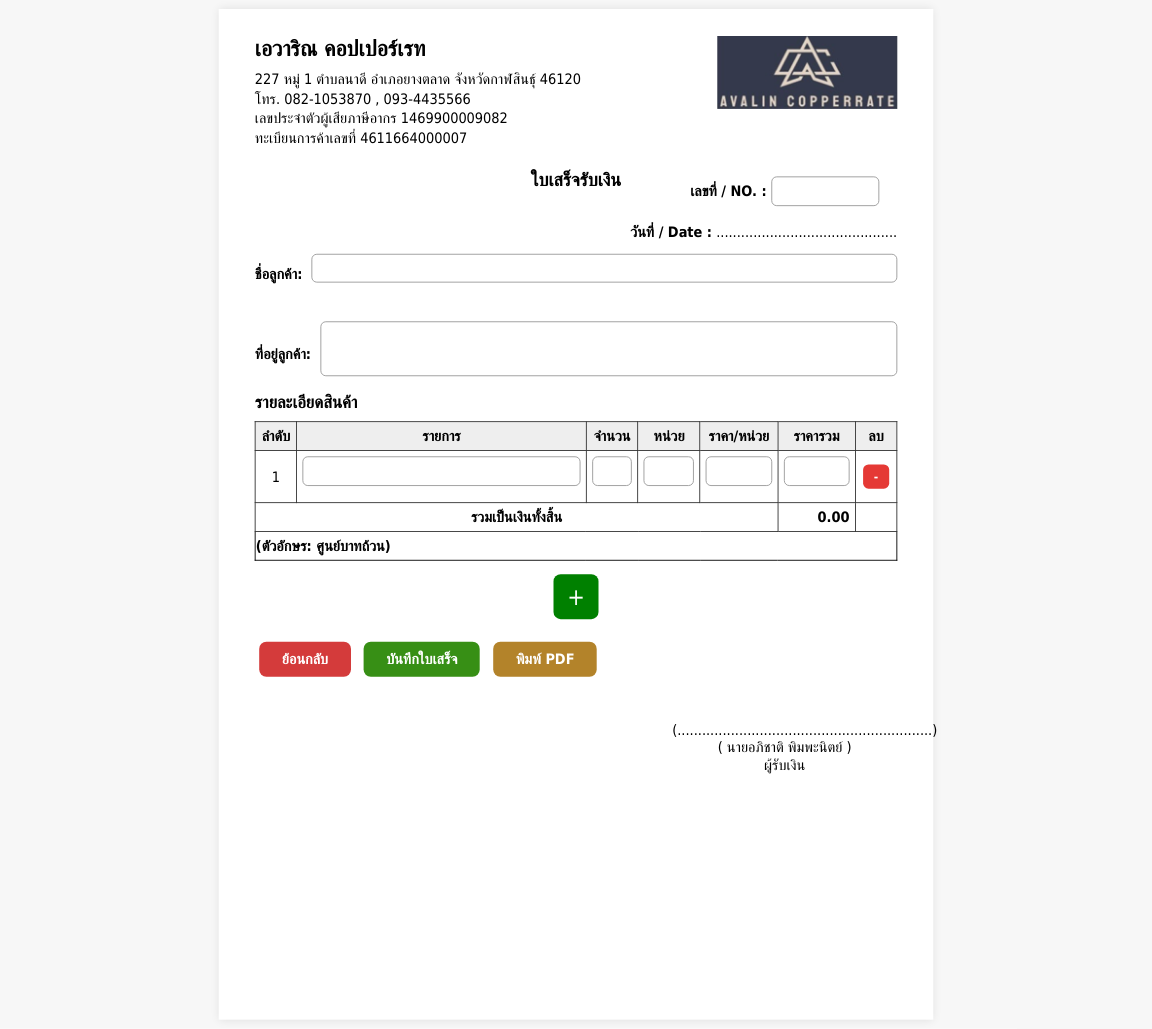
Repository: Hermesmercury88/shop_it
Page: quotation.html
An editor plug-in stored every save of this project. The page is shown before and after a run of saves, followed by the edit.
The browser window is 1280 px wide. The pictures show the whole page, at 90% of full size.
Some web fonts or font styles are not loaded; a fallback is used.

Above is the page before, as saved 2025-09-21 13:11:43.

After the next 4 saves:
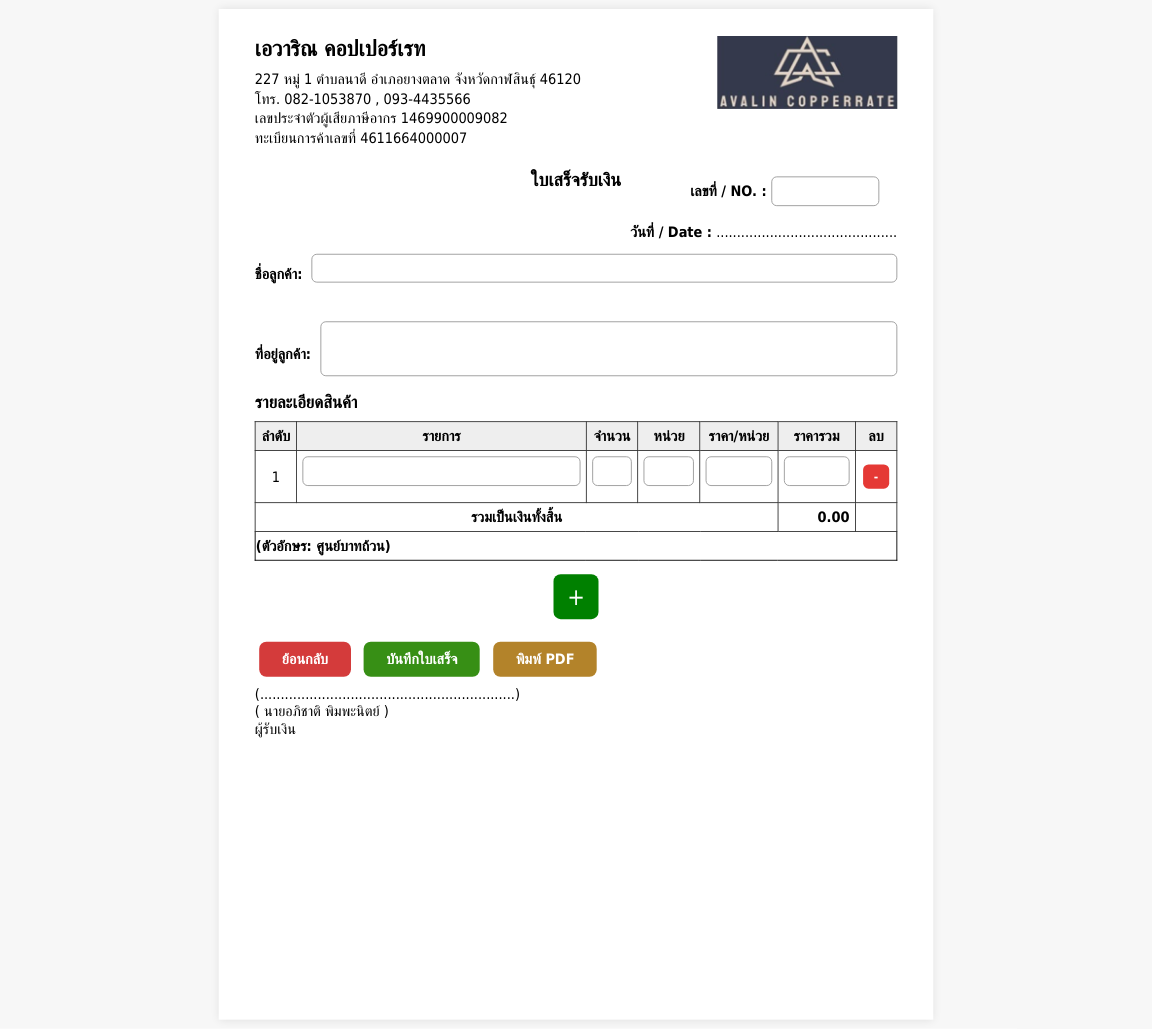
The 4 saves are shown as one change because they came seconds apart.
The last was saved 12 s later.
--- a/quotation.html
+++ b/quotation.html
@@ -102,7 +102,7 @@
         <button type="button" class="button btn-print" onclick="printPDF()">พิมพ์ PDF</button>
     </form>
 
-
+    </
 
     <div class="signature">
         <p>(..............................................................)<br>( นายอภิชาติ พิมพะนิตย์ )<br>ผู้รับเงิน</p>

After the save that followed:
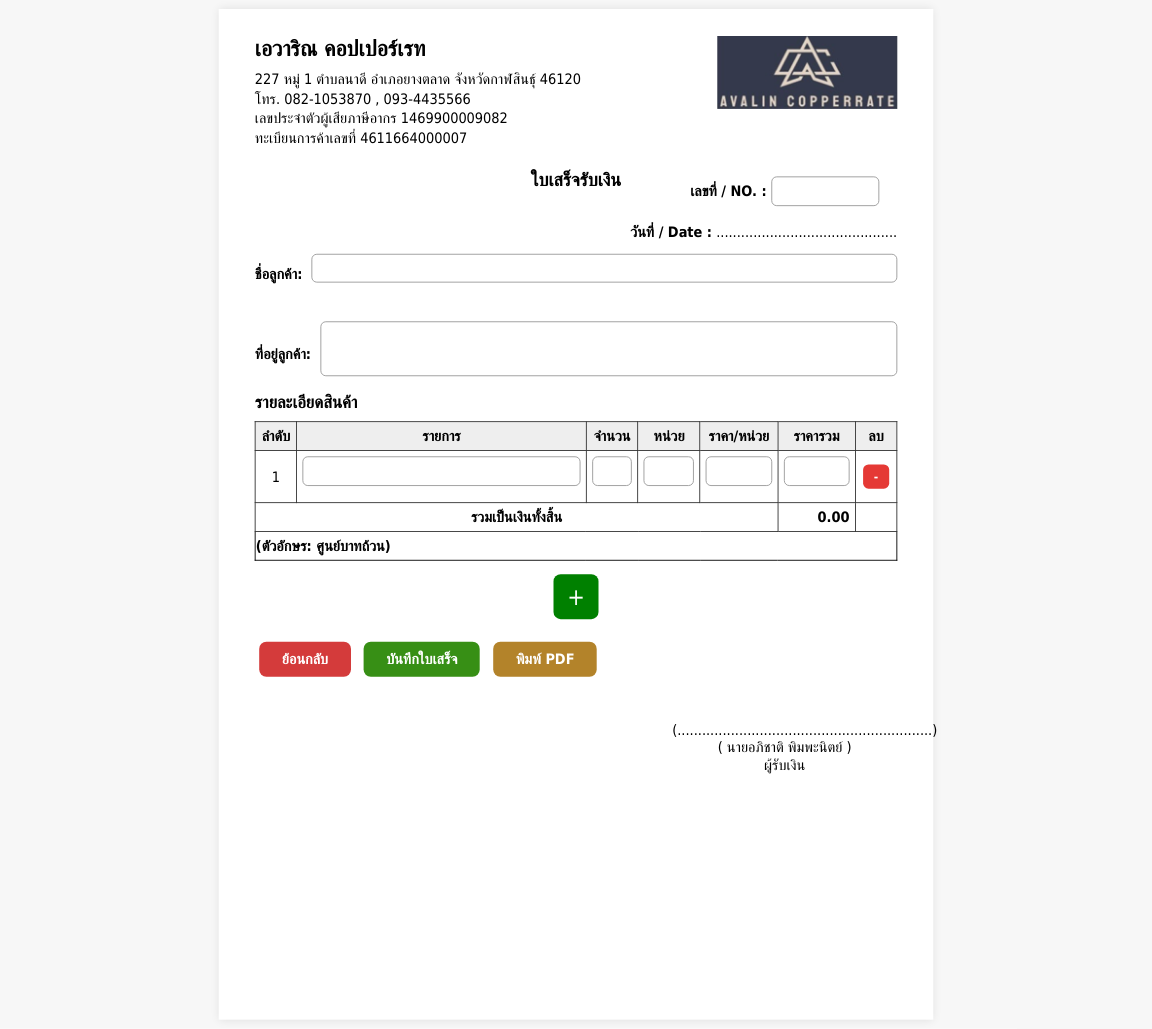
Saved 4 s later.
--- a/quotation.html
+++ b/quotation.html
@@ -102,7 +102,6 @@
         <button type="button" class="button btn-print" onclick="printPDF()">พิมพ์ PDF</button>
     </form>
 
-    </
 
     <div class="signature">
         <p>(..............................................................)<br>( นายอภิชาติ พิมพะนิตย์ )<br>ผู้รับเงิน</p>
